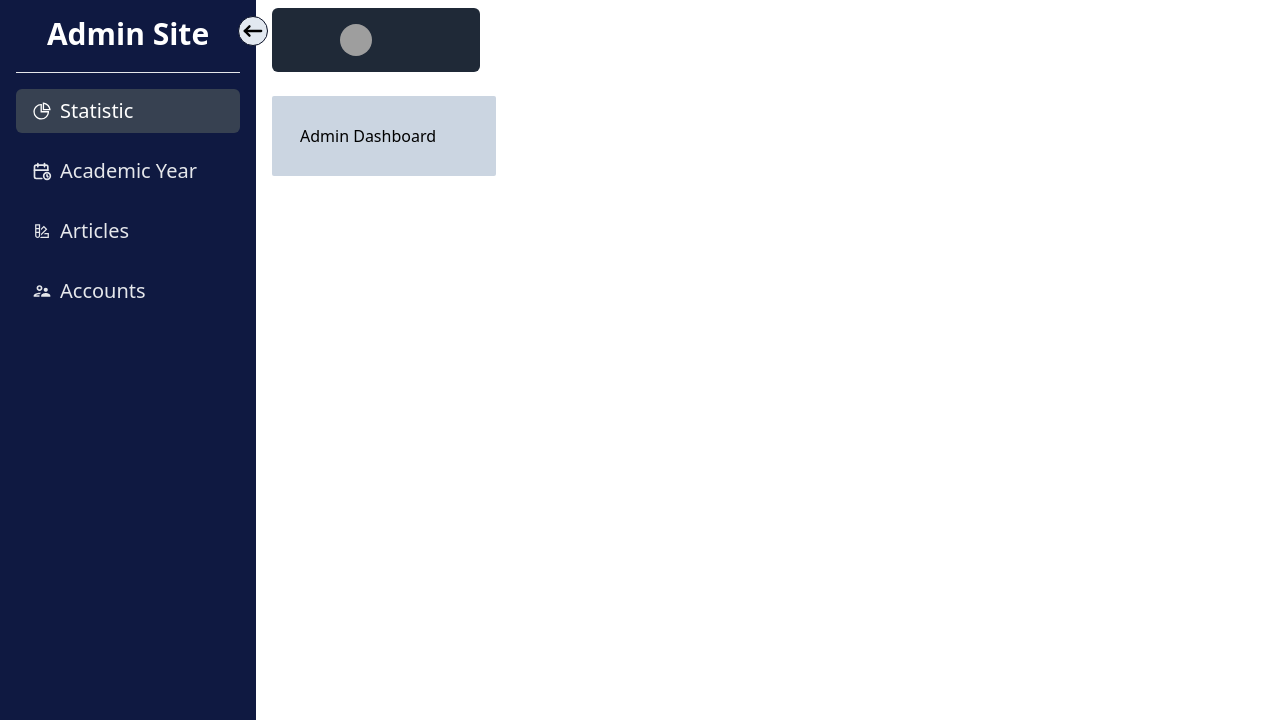
Repository: huynhvanngoan/COMP1640FE-Template
Page: /admin
These files come from the project's save history. The page is drawn as it stood at one moment and after the next save; the edit follows.
The browser window is 1280 px wide. The pictures show the whole page.
Pictures or frames that could not be fetched are drawn as grey boxes. The project was rebuilt for these pictures with package versions that can differ from the ones it lists, and the page was loaded fresh each time. Also part of the build but not shown: src/components/buttonStyles.js, src/pages/LoginPage.jsx, src/pages/student/StudentDashboard.jsx, src/pages/department/DepartmentDashboard.jsx, src/pages/marketing/MarketingDashboard.jsx, src/pages/guest/GuestDashboard.jsx.

Above is the page before, as saved 2024-03-24 07:47:26.

### src/index.js
import React from 'react';
import ReactDOM from 'react-dom/client';
import './index.css';
import App from './App';

const root = ReactDOM.createRoot(document.getElementById('root'));
root.render(
  <React.StrictMode>
      <App />
  </React.StrictMode>
)

### src/index.css
@import url('https://fonts.googleapis.com/css2?family=Inter:wght@100;200;300;400;500;600;700;800;900&display=swap');
@tailwind base;
@tailwind components;
@tailwind utilities;

### src/App.js
import React from 'react'
import { BrowserRouter as Router, Routes, Route, Navigate } from "react-router-dom";
import LoginPage from './pages/LoginPage';
import StudentDashboard from './pages/student/StudentDashboard';
import DepartmentDashboard from './pages/department/DepartmentDashboard';
import MarketingDashboard from './pages/marketing/MarketingDashboard';
import GuestDashboard from './pages/guest/GuestDashboard';
import Layout from './pages/admin/layout';
const App = () => {


  return (
    <Router>
        <Routes>
          <Route path="/login" element={<LoginPage/>} />

          <Route path="/admin" element={<Layout />}/>

          <Route path="/student-dashboard" element={<StudentDashboard />}/>

          <Route path="/guest-dashboard" element={<GuestDashboard />}/>

          <Route path="/department-dashboard" element={<DepartmentDashboard />}/>

          <Route path="/marketing-dashboard" element={<MarketingDashboard />}/>

          {/* <Route path='/marketing-homepage' element={<MarketingHomePage  />}/> */}

          <Route path='*' element={<Navigate to="/login" />} />

        </Routes>
    </Router>
  )
}

export default App

### src/pages/admin/layout.js
import React from 'react';
import Sidebar from './Sidebar';
import Header from './Header';
import AdminDashboard from './AdminDashboard';


export default function Layout() {
  return (
      <div className='flex bg-g'>
        <Sidebar />
        <div className='flex flex-col'>
          <Header />
          <AdminDashboard />
        </div>
      </div>
  );
}

### src/pages/admin/Sidebar.js
import React, { useState } from 'react';
import { Link } from 'react-router-dom';
import { AiOutlinePieChart } from "react-icons/ai";
import { TbCalendarTime } from "react-icons/tb";
import { LiaSwatchbookSolid } from "react-icons/lia";
import { MdOutlineSupervisorAccount } from "react-icons/md";
import { TbArrowNarrowLeft } from "react-icons/tb";
export const SidebarContent = [
  {
    icon: AiOutlinePieChart,
    heading: "Statistic"
  },
  {
    icon: TbCalendarTime,
    heading: "Academic Year"
  },
  {
    icon: LiaSwatchbookSolid,
    heading: "Articles"
  },
  {
    icon: MdOutlineSupervisorAccount,
    heading: "Accounts"
  }
]

export default function Sidebar() {
  const [selected, setSelected] = useState(0);
  const [colapse, setColapse] = useState(true);

  return (
    <div className={`left-0 top-0 h-screen bg-[#0f1941] p-4 ${colapse ? "w-64" : "w-20"} duration-300`}>
        <div className='flex flex-col'>
           <div className='relative flex h-12 justify-end'>
            {
              colapse ? (<h1 className='text-white text-3xl font-bold mx-auto '>Admin Site</h1>) : ''
            }
            <TbArrowNarrowLeft className={`text-3xl bg-slate-200 rounded-full cursor-pointer absolute -right-7 border border-[#080e24] hover:text-white ${!colapse && 'rotate-180'}`} onClick={() => setColapse(!colapse)} />
           </div>
          <ul className='my-2 border-t pt-4 w-full items-center'>
            {SidebarContent.map((item, index) => {
              return (
                <li className={selected === index  ? "mb-4 group active" : "mb-4" } key={index} onClick={() => setSelected(index)}>
                  <Link to="#" className={`flex w-full rounded-md items-center space-x-2 text-gray-200 hover:bg-[#080e24] hover:text-white group-[.active]:bg-gray-700 group-[.active]:text-white ${colapse ? 'text-xl px-4 py-2 ': 'text-3xl px-2 py-1'}`}>
                    { colapse ? (
                      <>
                        <item.icon />
                        <span>{item.heading}</span>
                      </>
                    ) : ( <item.icon />)
                    }
                  </Link>
                </li>
              )
            })}
          </ul>
        </div>
    </div>
  );
}

### src/pages/admin/Header.js
import { Disclosure, Menu, Transition } from '@headlessui/react';
import React from 'react';
import { Fragment } from 'react';
function classNames(...classes) {
  return classes.filter(Boolean).join(' ')
}

export default function Header() {
  return (
    <Disclosure as="nav" className="bg-gray-800 my-2 rounded-md ml-4 right-0 w-7xl">
      {({ open }) => (
        <>
          <div className="mx-auto max-w-full px-2 sm:px-6 lg:px-8">
            <div className="relative flex h-16 items-center justify-between">
              <div className="absolute inset-y-0 right-0 flex items-center pr-2 sm:static sm:inset-auto sm:ml-6 sm:pr-0">
                <Menu as="div" className="relative ml-3">
                  <div>
                    <Menu.Button className="relative flex rounded-full bg-gray-800 text-sm focus:outline-none focus:ring-2 focus:ring-white focus:ring-offset-2 focus:ring-offset-gray-800">
                      <span className="absolute -inset-1.5" />
                      <span className="sr-only">Open user menu</span>
                      <img
                        className="h-8 w-8 rounded-full"
                        src="https://images.unsplash.com/photo-1472099645785-5658abf4ff4e?ixlib=rb-1.2.1&ixid=eyJhcHBfaWQiOjEyMDd9&auto=format&fit=facearea&facepad=2&w=256&h=256&q=80"
                        alt=""
                      />
                    </Menu.Button>
                  </div>
                  <Transition
                    as={Fragment}
                    enter="transition ease-out duration-100"
                    enterFrom="transform opacity-0 scale-95"
                    enterTo="transform opacity-100 scale-100"
                    leave="transition ease-in duration-75"
                    leaveFrom="transform opacity-100 scale-100"
                    leaveTo="transform opacity-0 scale-95"
                  >
                    <Menu.Items className="absolute right-0 z-10 mt-2 w-48 origin-top-right rounded-md bg-white py-1 shadow-lg ring-1 ring-black ring-opacity-5 focus:outline-none">
                      <Menu.Item>
                        {({ active }) => (
                          <a
                            href="#"
                            className={classNames(active ? 'bg-gray-100' : '', 'block px-4 py-2 text-sm text-gray-700')}
                          >
                            Your Profile
                          </a>
                        )}
                      </Menu.Item>
                      <Menu.Item>
                        {({ active }) => (
                          <a
                            href="#"
                            className={classNames(active ? 'bg-gray-100' : '', 'block px-4 py-2 text-sm text-gray-700')}
                          >
                            Settings
                          </a>
                        )}
                      </Menu.Item>
                      <Menu.Item>
                        {({ active }) => (
                          <a
                            href="#"
                            className={classNames(active ? 'bg-gray-100' : '', 'block px-4 py-2 text-sm text-gray-700')}
                          >
                            Sign out
                          </a>
                        )}
                      </Menu.Item>
                    </Menu.Items>
                  </Transition>
                </Menu>
              </div>
            </div>
          </div>
        </>
      )}
    </Disclosure>
  )
}

### src/pages/admin/AdminDashboard.js
import React from 'react'

const AdminDashboard = () => {
  return (
      <div className='p-7 bg-slate-300 m-4 w-full max-h-full rounded-sm'>
        Admin Dashboard
      </div>
  )
}

export default AdminDashboard

### tailwind.config.js
/** @type {import('tailwindcss').Config} */
module.exports = {
  content: [
    "./src/**/*.{js,jsx,ts,tsx}",
  ],
  theme: {
    extend: {
      fontFamily: {
        "inter": ["Inter", "sans-serif"]
      }
    },
  },
  plugins: [],
}

Loaded but not shown: public/index.html (common file)

After the next save:
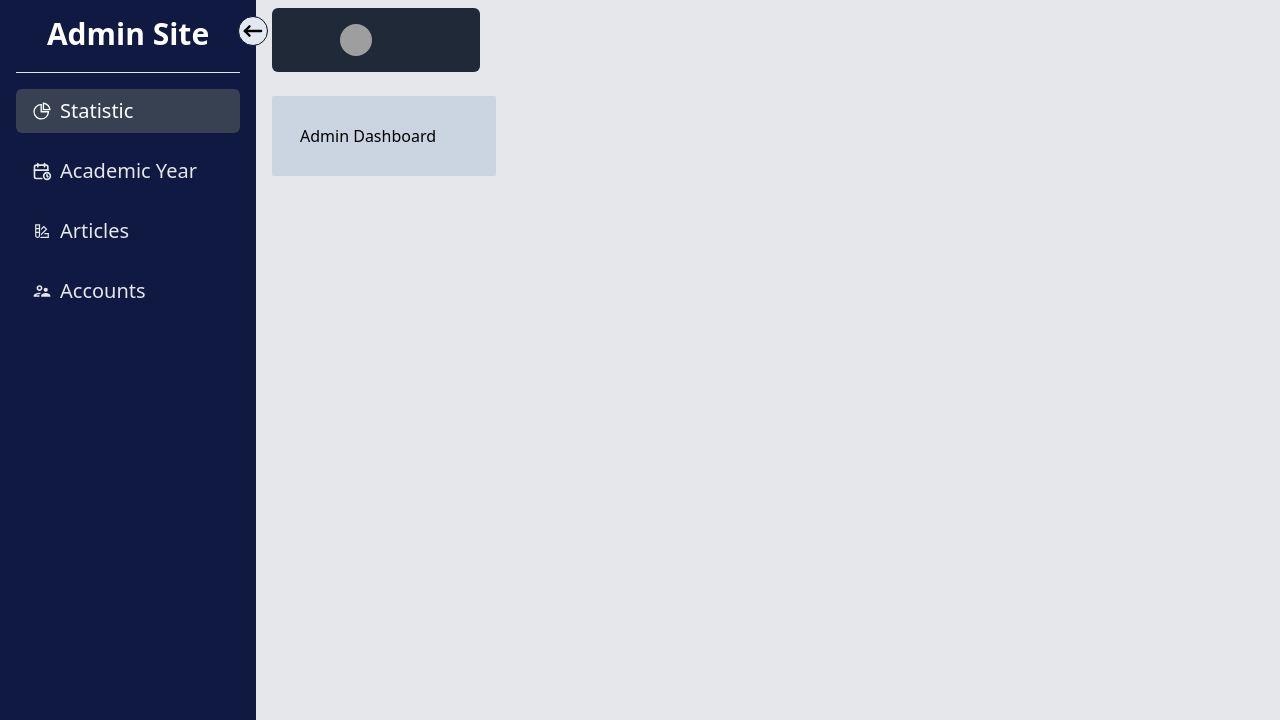
Saved 4 s later.
--- a/src/pages/admin/layout.js
+++ b/src/pages/admin/layout.js
@@ -6,7 +6,7 @@ import AdminDashboard from './AdminDashboard';
 
 export default function Layout() {
   return (
-      <div className='flex bg-g'>
+      <div className='flex bg-gray-200'>
         <Sidebar />
         <div className='flex flex-col'>
           <Header />
